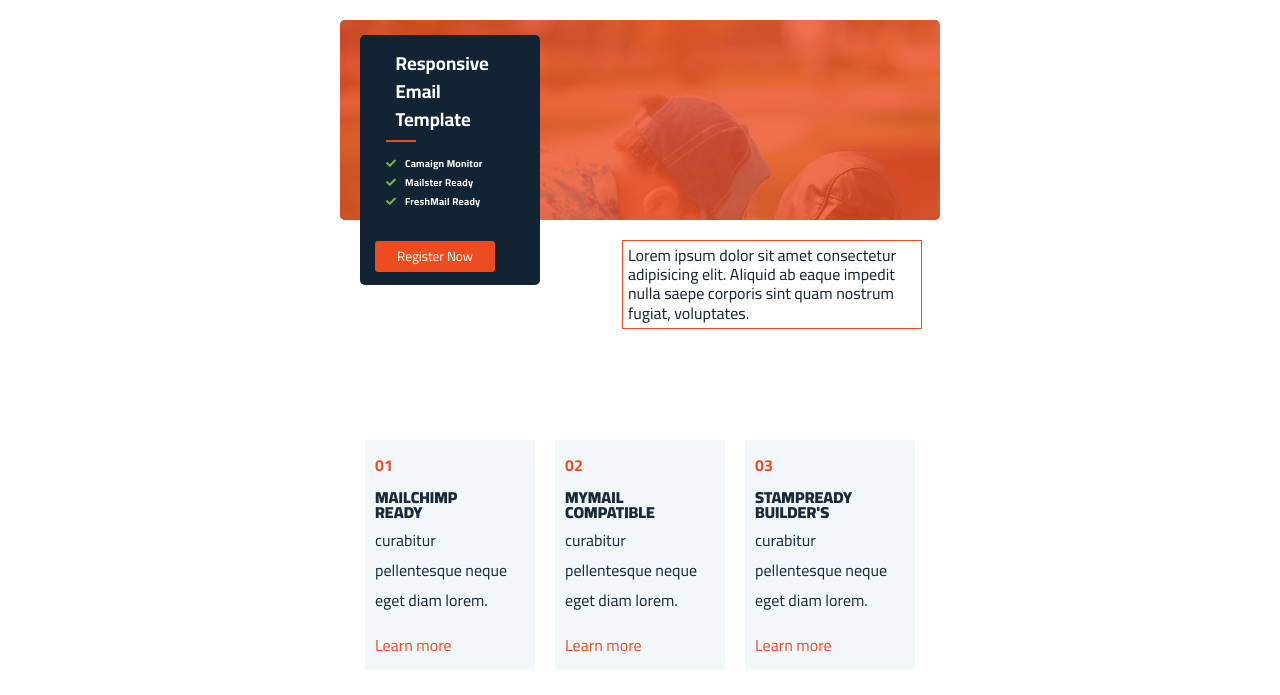
Repository: Z-ayat/Challenges
Page: Challenge 3/index.html
An editor plug-in stored every save of this project. The page is shown before and after the next save, followed by the edit.
The browser window is 1280 px wide. The pictures show the part of the page from y = 0 to 695 px (the page is 903 px tall).
Pictures or frames that could not be fetched are drawn as grey boxes.

Above is the page before, as saved 2021-09-04 03:00:39.

### Challenge 3/index.html
<!DOCTYPE html>
<html lang="en">

<head>
    <meta charset="UTF-8">
    <title>Responsive Mail</title>
    <link rel="stylesheet" href="styling/css/master.css">
    <link rel="stylesheet" href="styling/css/all.min.css">
    <link rel="preconnect" href="https://fonts.googleapis.com">
    <link rel="preconnect" href="https://fonts.gstatic.com" crossorigin>
    <link href="https://fonts.googleapis.com/css2?family=Cairo:wght@400;600;700;900&display=swap" rel="stylesheet">
</head>

<body>
    <div class="layout">
        <div class="header">
            <div class="pop">
                <h3>Responsive Email Template</h3>
                <div class="checked">
                    <p class="green-right">Camaign Monitor</p>
                    <p class="green-right">Mailster Ready</p>
                    <p class="green-right">FreshMail Ready</p>
                </div>
                <button class="reg">Register Now</button>
            </div>
        </div>
        <div class="nthere">
            <div class="bord">
                <p>Lorem ipsum dolor sit amet consectetur adipisicing elit. Aliquid ab eaque impedit nulla saepe corporis sint quam nostrum fugiat, voluptates.</p>
            </div>
        </div>
        <div class="cards">
            <div class="one">
                <h4>01</h4>
                <p class="heading-of-card">mailchimp ready</p>
                <p class="card-shits">curabitur pellentesque neque eget diam lorem.</p>
                <p class="learnmore">Learn more </p>

            </div>
            <div class="two">
                <h4>02</h4>
                <p class="heading-of-card">mymail compatible</p>
                <p class="card-shits">curabitur pellentesque neque eget diam lorem.</p>
                <p class="learnmore">Learn more </p>
            </div>
            <div class="three">
                <h4>03</h4>
                <p class="heading-of-card">stampready builder's</p>
                <p class="card-shits">curabitur pellentesque neque eget diam lorem.</p>
                <p class="learnmore">Learn more </p>
            </div>
        </div>
        <div class="foot">
            <div class="op"></div>
            <h3>Article title</h3>
            <p class="eot">Curabitur pellentesque neque eget diam lorem porta. Quisque ut nulla at nunc vehicula posuere placerat eget purus vel lacinia.</p>
            <button class="LMB">LEARN MORE</button><img src="styling/img/architecture-modern-minimal-home.jpg" width="165px" height="165px" alt="">
        </div>
    </div>
    </div>
</body>

</html>

### Challenge 3/styling/css/master.css
* {
    padding: 0;
    margin: 0;
    box-sizing: border-box;
}

:root {
    --maincolor: #122333;
    --secondrycolor: #ED4C21;
    --fontcolor: white;
    /* --anothercolor:; */
    --mainfont: 'Cairo', sans-serif;
    --cardsbgc: #F2F8FA;
    --mainrad: 5px;
}

h3 {
    width: 124px;
    font-family: var(--mainfont);
    color: var(--fontcolor);
}

.layout {
    padding: 20px;
    display: grid;
    gap: 10px;
    grid-template-rows: 200px 200px 245px 200px;
    grid-template-columns: 1fr 600px 1fr;
    height: 100vh;
}

.header {
    position: relative;
    grid-column-start: 2;
    width: 100%;
    height: 200px;
    background: url(../img/images-24_1080x.jpg);
    background-repeat: no-repeat;
    background-size: cover;
    border-radius: var(--mainrad);
    -webkit-border-radius: var(--mainrad);
    -moz-border-radius: var(--mainrad);
    -ms-border-radius: var(--mainrad);
    -o-border-radius: var(--mainrad);
}

.header::after {
    height: 100%;
    width: 100%;
    position: absolute;
    left: 0;
    top: 0;
    z-index: 0;
    background-color: var(--secondrycolor);
    content: "";
    opacity: 0.8;
    border-radius: var(--mainrad);
    -webkit-border-radius: var(--mainrad);
    -moz-border-radius: var(--mainrad);
    -ms-border-radius: var(--mainrad);
    -o-border-radius: var(--mainrad);
}

.green-right {
    position: relative;
    margin-left: 30px;
    font-size: 10px;
    font-weight: bold;
    letter-spacing: 0.23px;
    color: var(--fontcolor);
    font-family: var(--mainfont);
}

.checked {
    margin-top: 20px;
    background-color: var(--maincolor);
}

.pop {
    position: absolute;
    left: 20px;
    top: 15px;
    padding-top: 5px;
    padding-left: 15px;
    border-radius: var(--mainrad);
    width: 180px;
    height: 250px;
    background-color: var(--maincolor);
    z-index: 2;
    -webkit-border-radius: var(--mainrad);
    -moz-border-radius: var(--mainrad);
    -ms-border-radius: var(--mainrad);
    -o-border-radius: var(--mainrad);
}

.pop h3 {
    line-height: 1.5;
    position: relative;
    margin: 10px auto;
}

.pop h3::after {
    position: absolute;
    content: "";
    height: 2px;
    width: 30px;
    bottom: -8px;
    left: -10px;
    background-color: var(--secondrycolor);
}

.green-right::before {
    position: absolute;
    top: 4px;
    display: block;
    left: -19px;
    color: #81B73E;
    font-family: "Font Awesome 5 Free";
    font-weight: 900;
    content: "\f00c";
}

.green-right::before {
    display: inline-block;
    font-style: normal;
    font-variant: normal;
    text-rendering: auto;
    -webkit-font-smoothing: antialiased;
}

.reg {
    padding: 3px;
    width: 120px;
    color: var(--fontcolor);
    background-color: var(--secondrycolor);
    outline: none;
    border: none;
    border-radius: 3px;
    margin: 30px 0 20px 0px;
    font-family: var(--mainfont);
    -webkit-border-radius: 3px;
    -moz-border-radius: 3px;
    -ms-border-radius: 3px;
    -o-border-radius: 3px;
}

.nthere {
    grid-column-start: 2;
    grid-row-start: 2;
    position: relative;
}

.bord {
    border: var(--secondrycolor) solid 1px;
    padding: 5px;
    width: 300px;
    position: absolute;
    top: 10px;
    right: 3%;
    font-family: var(--mainfont);
    line-height: 1.2;
    color: var(--maincolor);
}

.cards {
    display: grid;
    gap: 20px;
    grid-template-columns: repeat(3, 170px);
    justify-content: center;
    grid-column-start: 2;
    grid-row-start: 3;
}

.one,
.two,
.three {
    padding: 10px;
    height: max-content;
    background-color: var(--cardsbgc);
}

h4 {
    color: var(--secondrycolor);
    font-family: var(--mainfont);
    margin-bottom: 10px;
}

.heading-of-card {
    margin-bottom: 5px;
    text-transform: uppercase;
    font-weight: 800;
    width: 20px;
    line-height: 0.95;
}

.card-shits {
    margin-bottom: 15px;
    color: #7F7F7F;
    width: 150px;
}

.heading-of-card,
.card-shits {
    color: #1A2A3A;
    font-family: var(--mainfont);
}

.learnmore {
    font-family: var(--mainfont);
    color: var(--secondrycolor);
}

.foot {
    width: 100%;
    position: relative;
    background: url(../img/pexels-suzukii-xingfu-708764.jpg);
    height: 100%;
    background-size: cover;
    background-position: center;
    grid-column-start: 2;
    border-radius: var(--mainrad);
    padding: 15px;
    -webkit-border-radius: var(--mainrad);
    -moz-border-radius: var(--mainrad);
    -ms-border-radius: var(--mainrad);
    -o-border-radius: var(--mainrad);
}

.foot img {
    position: absolute;
    top: 9%;
    right: 6%;
}

.eot {
    margin-top: 10px;
    color: var(--fontcolor);
    width: 250px;
}

.foot h3 {
    position: relative;
    margin-top: 10px;
}

.foot h3::after {
    position: absolute;
    content: "";
    height: 2px;
    width: 30px;
    bottom: -2px;
    left: 0px;
    background-color: var(--secondrycolor);
}

.LMB {
    padding: 3px;
    width: 120px;
    color: var(--fontcolor);
    background-color: var(--secondrycolor);
    outline: none;
    border: none;
    border-radius: 3px;
    margin: 15px 0 20px 0px;
    font-family: var(--mainfont);
    -webkit-border-radius: 3px;
    -moz-border-radius: 3px;
    -ms-border-radius: 3px;
    -o-border-radius: 3px;
}

.foot::after {
    isolation: isolate;
    z-index: -1;
    height: 100%;
    width: 100%;
    position: absolute;
    left: 0;
    top: 0;
    z-index: 0;
    background-color: var(--maincolor);
    content: "";
    opacity: 0.8;
    border-radius: var(--mainrad);
    -webkit-border-radius: var(--mainrad);
    -moz-border-radius: var(--mainrad);
    -ms-border-radius: var(--mainrad);
    -o-border-radius: var(--mainrad);
}

Loaded but not shown: Challenge 3/styling/css/all.min.css (library)

After the next save:
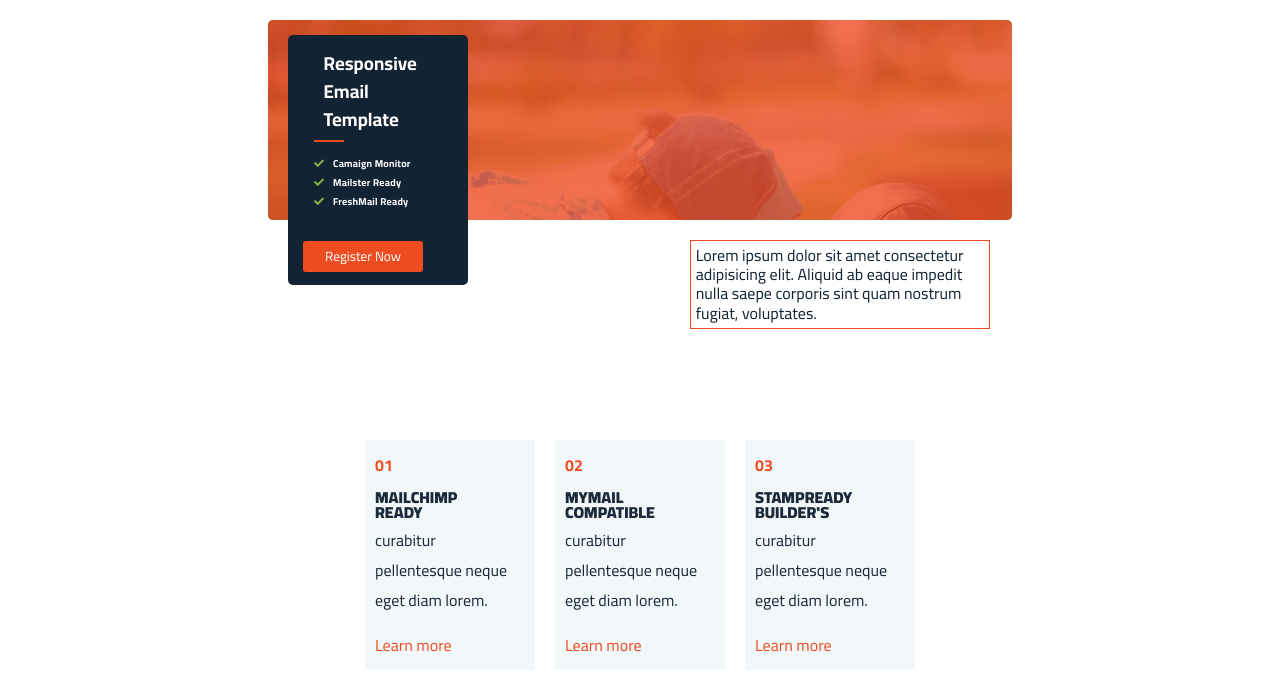
Saved 20 s later.
--- a/Challenge 3/styling/css/master.css
+++ b/Challenge 3/styling/css/master.css
@@ -25,7 +25,7 @@ h3 {
     display: grid;
     gap: 10px;
     grid-template-rows: 200px 200px 245px 200px;
-    grid-template-columns: 1fr 600px 1fr;
+    grid-template-columns: 1fr 60% 1fr;
     height: 100vh;
 }
 
